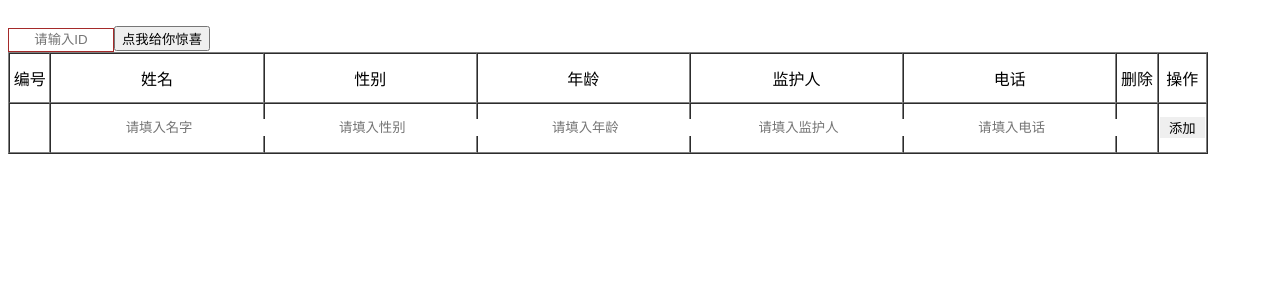
Repository: zhangweihang/management_system
Page: http://localhost/ItsTimeToShow/all
An editor plug-in stored every save of this project. The page is shown before and after the next save, followed by the edit.
The browser window is 1280 px wide. The pictures show the whole page.
The page is served by Tomcat 9. Queries for data that is not in the repository find no rows.

Above is the page before, as saved 2017-09-29 12:21:39.

After the next save:
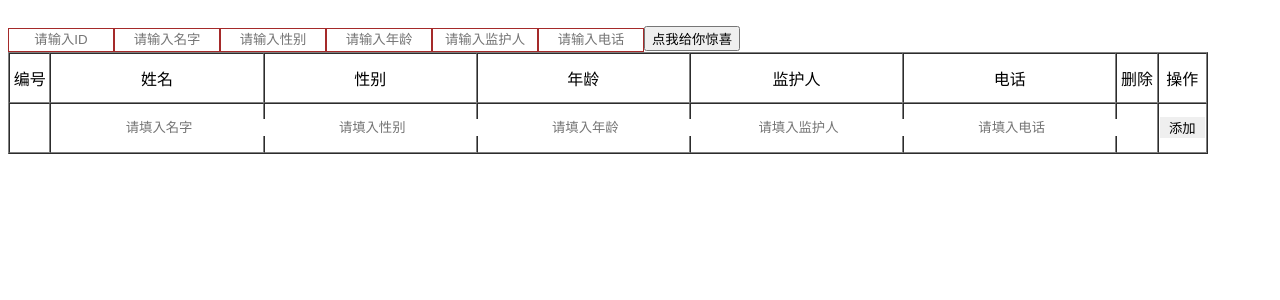
Saved 4 min 46 s later.
--- a/ItsTimeToShow/WebContent/all.jsp
+++ b/ItsTimeToShow/WebContent/all.jsp
@@ -68,6 +68,11 @@
 		<br/>
 		<!-- <form action="search" method="get"> -->
 			<input type="text" name="searchId" placeholder="请输入ID" id="haha1" />
+			<input type="text" name="searchId" placeholder="请输入名字" id="haha1" />
+			<input type="text" name="searchId" placeholder="请输入性别" id="haha1" />
+			<input type="text" name="searchId" placeholder="请输入年龄" id="haha1" />
+			<input type="text" name="searchId" placeholder="请输入监护人" id="haha1" />
+			<input type="text" name="searchId" placeholder="请输入电话" id="haha1" />
 			<button onclick=searc()>点我给你惊喜</button>
 		<!-- </form> -->
 		<br/>
